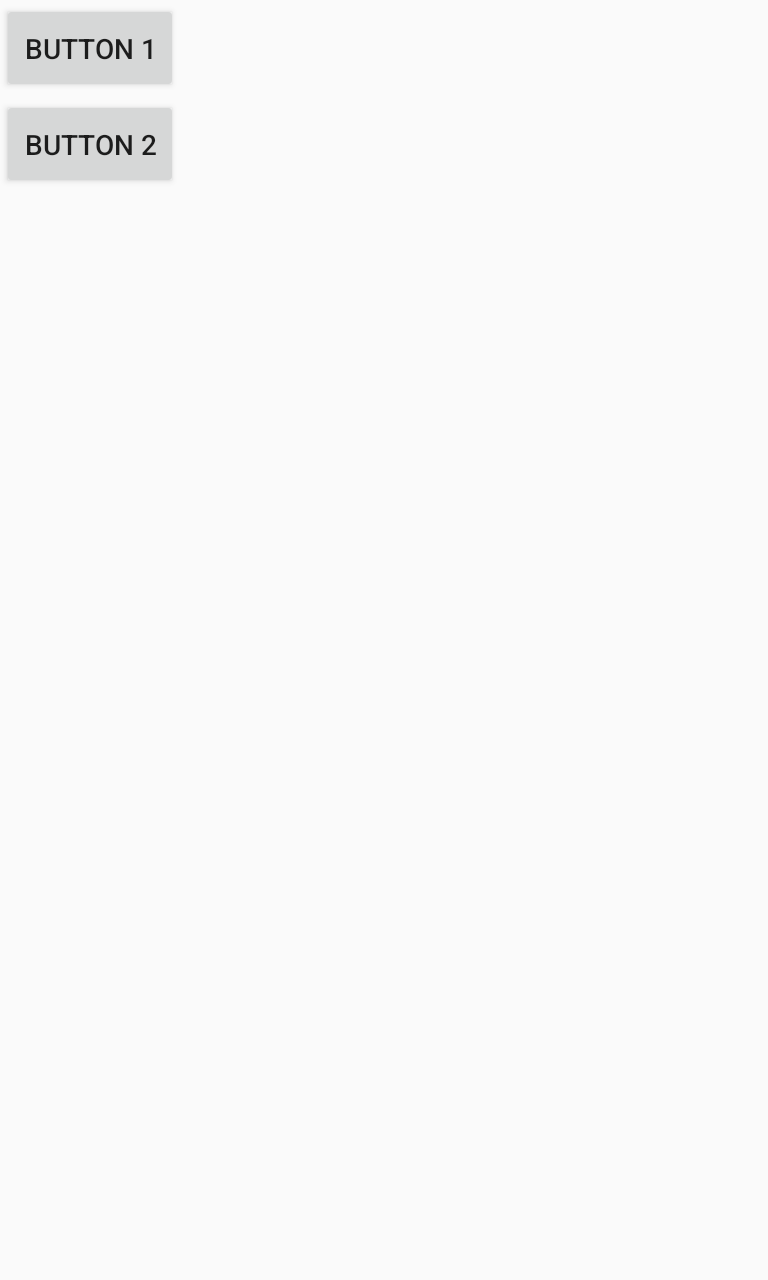
Repository: guyuzhilian/Programs
Layout: Android/UILayoutTest/res/layout/activity_main.xml
The author's editor kept a copy of each file at every save. The layout is drawn from the files as they stood at one save, then again after the next save.
It is drawn on a 768 x 1280 px phone screen (xhdpi) without system bars, with theme AppTheme; the app's code is not run.

Above is the layout before, as saved 2015-06-25 08:24:27.

After the next save:
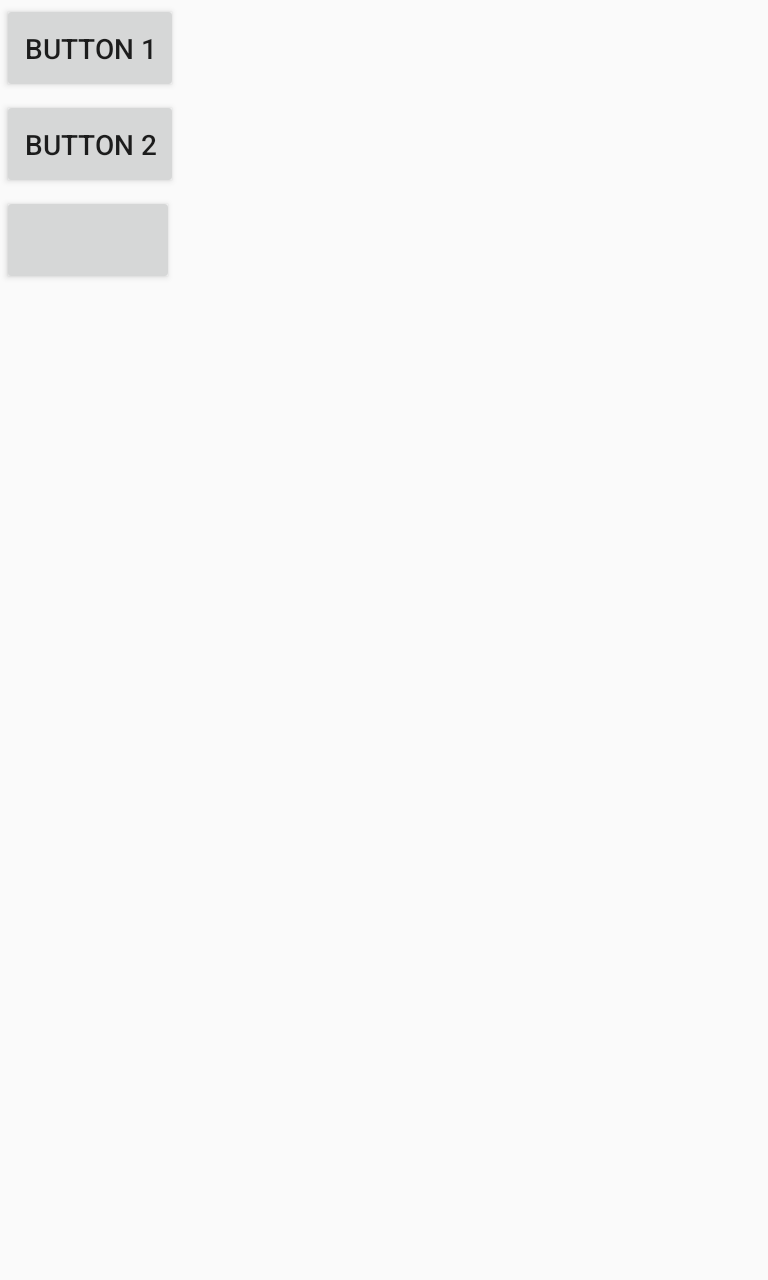
Saved 39 s later.
--- a/Android/UILayoutTest/res/layout/activity_main.xml
+++ b/Android/UILayoutTest/res/layout/activity_main.xml
@@ -17,4 +17,9 @@
         android:text="Button 2"
         />
 
+    <Button
+        android:id="@+id/button3"
+        android:layout_width="wrap_content"
+        android:layout_height="wrap_content"
+        />
 </LinearLayout>
